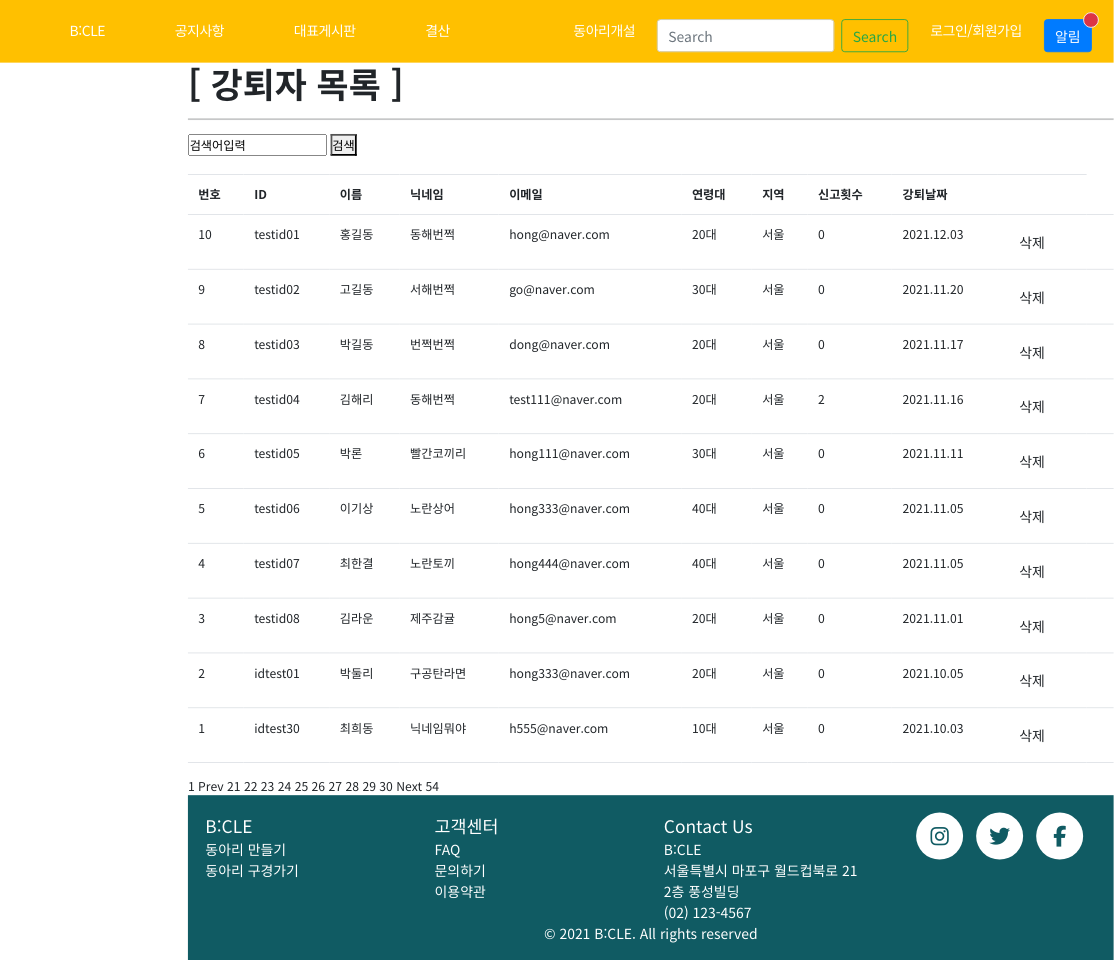
Repository: hyodii/FinalProject
Page: http://localhost/ViewPage/test.jsp
An editor plug-in stored every save of this project. The page is shown before and after the next save, followed by the edit.
The browser window is 1280 px wide. The pictures show the whole page, at 87% of full size.
Some web fonts or font styles are not loaded; a fallback is used. Some web libraries are served in a nearby version. The page is served by Tomcat 9.

Above is the page before, as saved 2021-12-08 08:51:14.
Console error (its wording comes from the project's code and is left out).

### ViewPage/WebContent/test.jsp
<%@ page contentType="text/html; charset=UTF-8"%>
<%@ taglib prefix="c" uri="http://java.sun.com/jsp/jstl/core"%>
<%
   request.setCharacterEncoding("UTF-8");
String cp = request.getContextPath();
%>
<!DOCTYPE html>
<html>
<head>
<meta charset="UTF-8">
<title>exit.jsp</title>
</head>
<body>

<!--
 exit.jsp
-  동아리 관리자 페이지- 회원관리  - 강퇴자 목록

 -->

   <div>
      <!-- 네브 영역 -->
      <div>
         <c:import url="nav.jsp"></c:import>
      </div>



      <!-- 콘텐츠 영역 -->
      <div id="content" style="margin-left: 30vh;">
         <h1>[ 강퇴자 목록 ]</h1>
         <hr>

         <div>
            <form action="">
               <input type="text" value="검색어입력" class="search" />
               <button type="button" >검색</button>
            </form>
         </div>
         <br>

          <table id="outMembers" class="table" >
           <tr>
              <!-- 항목 10EA -->
              <th>번호</th>
              <th>ID</th>
              <th>이름</th>
              <th>닉네임</th>
              <th>이메일</th>
              <th>연령대</th>
              <th>지역</th>
              <th>신고횟수</th>
              <th>강퇴날짜</th>
              <th></th>
           </tr>

           <tr>
              <td>10</td>
              <td>testid01</td>
              <td>홍길동</td>
              <td>동해번쩍</td>
              <td>hong@naver.com</td>
              <td>20대</td>
              <td>서울</td>
              <td>0</td>
              <td>2021.12.03</td>
              <td><button type="button" class="btn">삭제</button><td>
           </tr>
           <tr>
              <td>9</td>
              <td>testid02</td>
              <td>고길동</td>
              <td>서해번쩍</td>
              <td>go@naver.com</td>
              <td>30대</td>
              <td>서울</td>
              <td>0</td>
              <td>2021.11.20</td>
              <td><button type="button" class="btn">삭제</button><td>
           </tr>
           <tr>
              <td>8</td>
              <td>testid03</td>
              <td>박길동</td>
              <td>번쩍번쩍</td>
              <td>dong@naver.com</td>
              <td>20대</td>
              <td>서울</td>
              <td>0</td>
              <td>2021.11.17</td>
              <td><button type="button" class="btn">삭제</button><td>
           </tr>
           <tr>
              <td>7</td>
              <td>testid04</td>
              <td>김해리</td>
              <td>동해번쩍</td>
              <td>test111@naver.com</td>
              <td>20대</td>
              <td>서울</td>
              <td>2</td>
              <td>2021.11.16</td>
              <td><button type="button" class="btn">삭제</button><td>
           </tr>
           <tr>
              <td>6</td>
              <td>testid05</td>
              <td>박론</td>
              <td>빨간코끼리</td>
              <td>hong111@naver.com</td>
              <td>30대</td>
              <td>서울</td>
              <td>0</td>
              <td>2021.11.11</td>
              <td><button type="button" class="btn">삭제</button><td>
           </tr>
           <tr>
              <td>5</td>
              <td>testid06</td>
              <td>이기상</td>
              <td>노란상어</td>
              <td>hong333@naver.com</td>
              <td>40대</td>
              <td>서울</td>
              <td>0</td>
              <td>2021.11.05</td>
              <td><button type="button" class="btn">삭제</button><td>
           </tr>
           <tr>
              <td>4</td>
              <td>testid07</td>
              <td>최한결</td>
              <td>노란토끼</td>
              <td>hong444@naver.com</td>
              <td>40대</td>
              <td>서울</td>
              <td>0</td>
              <td>2021.11.05</td>
              <td><button type="button" class="btn">삭제</button><td>
           </tr>
           <tr>
              <td>3</td>
              <td>testid08</td>
              <td>김라운</td>
              <td>제주감귤</td>
              <td>hong5@naver.com</td>
              <td>20대</td>
              <td>서울</td>
              <td>0</td>
              <td>2021.11.01</td>
              <td><button type="button" class="btn">삭제</button><td>
           </tr>
           <tr>
              <td>2</td>
              <td>idtest01</td>
              <td>박둘리</td>
              <td>구공탄라면</td>
              <td>hong333@naver.com</td>
              <td>20대</td>
              <td>서울</td>
              <td>0</td>
              <td>2021.10.05</td>
              <td><button type="button" class="btn">삭제</button><td>
           </tr>
           <tr>
              <td>1</td>
              <td>idtest30</td>
              <td>최희동</td>
              <td>닉네임뭐야</td>
              <td>h555@naver.com</td>
              <td>10대</td>
              <td>서울</td>
              <td>0</td>
              <td>2021.10.03</td>
              <td><button type="button" class="btn">삭제</button><td>
           </tr>

           </table>

         <div >

            <p>1 Prev 21 22 23 24 25 26 27 28 29 30 Next 54</p>
         </div>

          <!-- 풋터영역 -->
         <div>
            <c:import url="footer.jsp"></c:import>
         </div>



      </div>




   </div>



</body>
</html>

### ViewPage/WebContent/nav.jsp
<%@ page contentType="text/html; charset=UTF-8"%>
<%@ taglib prefix="c" uri="http://java.sun.com/jsp/jstl/core"%>
<%
	request.setCharacterEncoding("UTF-8");
String cp = request.getContextPath();
%>
<!DOCTYPE html>
<html lang="ko">
<head>
<meta charset="UTF-8">
<meta name="viewport" content="width=device-width, initial-scale=1">
<title>B:CLE</title>
<!-- <link rel="stylesheet" href="css/main.css"> -->
<link rel="stylesheet" href="css/font-awesome.min.css">
<link
	href="https://cdn.jsdelivr.net/npm/bootstrap@5.1.3/dist/css/bootstrap.min.css"
	rel="stylesheet"
	integrity="sha384-1BmE4kWBq78iYhFldvKuhfTAU6auU8tT94WrHftjDbrCEXSU1oBoqyl2QvZ6jIW3"
	crossorigin="anonymous">

<style>
@import
	url('https://fonts.googleapis.com/css?family=Exo+2|Noto+Sans+KR&display=swap')
	;
/*reset*/
* {
	margin: 0;
	padding: 0;
}
body {
	margin: 0;
}
h1, h2, h3, h4, h5, h6, p, ul, ol, li, dl, dt, dd {
	margin: 0;
	padding: 0;
}
h1, h2, h3, h4, h5, h6 {
	font-weight: 700;
	font-size: inherit;
}
a {
	color: inherit;
	text-decoration: inherit;
}
img {
	vertical-align: middle;
}
a img {
	border: none;
}
li {
	list-style: none;
}
address, em, i, ul {
	font-style: normal;
}
.mo {
	display: none;
}
body {
	font-family: 'Noto Sans KR', sans-serif;
	font-size: 14px;
}
header {
	font-family: 'Noto Sans KR', sans-serif;
	letter-spacing: -0.5px;
	background: rgb(255, 192, 0);
	color: white;
	height: 10vh;
	width: 100%;
	position: relative;
	margin-top: -20px;
}
.mainHeader {
	width: 100%;
	margin-top: 20px;
	box-sizing: border-box;
	vertical-align: center;
}
.mainHeader .gnbMo {
	display: none;
}
.mainHeader .gnb {
	float: left;
	margin-left: 80px;
	margin-top: 3vh;
}
.mainHeader .gnb li {
	float: left;
	margin-right: 80px;
}
.mainHeader .gnb li a {
	display: block;
	width: 100%;
	height: 100%;
	text-align: center;
	color: #fff;
	font-size: 16px;
	text-decoration-line: none;
}
.mainHeader .gnb li a:hover, .mainHeader .gnb li a:focus {
	color: #ff8342;
}
.mainHeader .tnb {
	float: right;
	margin-top: 3vh;
}
.mainHeader .tnb li {
	float: left;
	margin-right: 25px;
}
.mainHeader .tnb li a {
	display: block;
	width: 100%;
	height: 100%;
	text-align: center;
	font-size: 16px;
	color: #fff;
	text-decoration-line: none;
}
.mainHeader .tnb li:nth-child(1) a i, .mainHeader .tnb li:nth-child(2) a i
	{
	font-size: 20px;
	margin-right: 8px;
}
.mainHeader .tnb li:last-child a {
	display: block;
	width: 105px;
	line-height: 2;
	border: 1px solid #fff;
	border-radius: 30px;
	margin-top: 35px;
}
.mainHeader .tnb li:last-child a i {
	margin-left: 5px;
}
.mainHeader .tnb li:last-child a:hover {
	background: #fff;
	color: #ff8342;
	transition: all 0.3s;
}
.btn-primary {
    color: #fff;
    background-color: #105b63;
    border-color: #105b63;
}
</style>


</head>
<body>
	<!--header-->
	<header>
		<div class="mainHeader">
			<nav class="gnb">
				<ul>
					<li><a href="#">B:CLE</a></li>
					<li><a href="#">공지사항</a></li>
					<li><a href="#">대표게시판</a></li>
					<li><a href="#">결산</a></li>
				</ul>
			</nav>
			<nav class="tnb">
				<ul>

					<li><a href="#">동아리개설</a></li>

					<li>
						<form class="d-flex">
							<input class="form-control me-2" type="search"
								placeholder="Search" aria-label="Search">
							<button class="btn btn-outline-success" type="submit">Search</button>
						</form>
					</li>




					<li><a href="#"></i>로그인/회원가입</a></li>
					<li><button type="button"
							class="btn btn-primary position-relative">
							알림 <span
								class="position-absolute top-0 start-100 translate-middle p-2 bg-danger border border-light rounded-circle">
								<span class="visually-hidden">New alerts</span>
							</span>
						</button></li>
				</ul>
			</nav>
			<nav class="gnbMo">
				<a href="#"><i class="fa fa-bars" aria-hidden="true"></i></a>
			</nav>
		</div>
	</header>
</body>
</html>

<!-- 검색부분에 쓸 부트스트랩 -->
<!--       <form class="d-flex">
        <input class="form-control me-2" type="search" placeholder="Search" aria-label="Search">
        <button class="btn btn-outline-success" type="submit">Search</button>
      </form> -->

### ViewPage/WebContent/footer.jsp
<%@ page contentType="text/html; charset=UTF-8"%>
<%@ taglib prefix="c" uri="http://java.sun.com/jsp/jstl/core"%>
<%
	request.setCharacterEncoding("UTF-8");
	String cp = request.getContextPath();
%>
<!DOCTYPE html>
<html>
<head>
<meta charset="utf-8">
<title>B:CLE Footer(예비용)</title>

<link
	href="https://cdn.jsdelivr.net/npm/bootstrap@4.4.1/dist/css/bootstrap.min.css"
	rel="stylesheet">
<script
	src="https://cdn.jsdelivr.net/npm/bootstrap@4.4.1/dist/js/bootstrap.bundle.min.js"></script>
<link rel="preconnect" href="https://fonts.googleapis.com">
<link rel="preconnect" href="https://fonts.gstatic.com">
<link
	href="https://fonts.googleapis.com/css2?family=Noto+Sans+KR:wght@400;700&display=swap"
	rel="stylesheet">
<script src="https://kit.fontawesome.com/dab690a483.js" crossorigin="anonymous"></script>
<style type="text/css">

/*reset*/
* {margin: 0;padding: 0;}
body {margin: 0;}
h1, h2, h3, h4, h5, h6, p, ul, ol, li, dl, dt, dd {margin: 0; padding: 0;}
h1, h2, h3, h4, h5, h6 {font-weight: 700; }
a {color: inherit; text-decoration: inherit;}
img {vertical-align: middle;}
a img {border: none;}
li {list-style: none;}
address, em, i, ul {font-style: normal;}

/*layout*/
.mo {display: none;}
.en {font-family: 'Exo 2', sans-serif;}
body {font-family: 'Noto Sans KR', sans-serif; font-size: 14px;}
.wrap {margin: 0 auto; }

#footer-wrapper
{
	background-color: #105B63;
	font-family: 'Noto Sans KR', sans-serif;
	font-size: 12pt;
	/* position:fixed; */
}
.title
{
	font-family: 'Noto Sans KR', sans-serif;
	font-size: 15pt;
	color: white;
}

.container
{
	padding: 20px;
}

ul
{
   list-style:none;
   padding-left:0px;
}
a.menuitem
{
	text-decoration: none;
	text-align: center;
	color: white;
}
a.menuitem
{
	text-decoration: none;
	text-align: center;
	color: white;
}
a.menuitem:hover
{
	color: #FFD34E;
}

p.menuitem
{
	color: white;
}
.second-box
{
  display: flex;
  justify-content: flex-end;
}

.icon
{
  /* width: 40%; */
  display: flex;
  justify-content: flex-end;
  color: #105B63;
}

.icon-box
{
  width: 54px;
  height: 54px;
  background-color: white;
  border-radius: 50%;
  margin-right: 15px;
  display: flex;
  justify-content: center;
  align-items: center;
}

.icon
{
  font-size: 24px;
}
.icon:hover {
  color: #FFD34E;
}

ul.menu
{
	color: white;
}

</style>

</head>
<body>

<!-- Footer -->
<div id="footer-wrapper">
	<footer id="footer" class="container">
		<div class="row">
			<div class="col-3 col-6-medium col-12-small">

				<!-- Links -->
					<section class="widget links">
						<div class="title">B:CLE</div>
						<ul class="style2">
							<li><a href="#" class="menuitem">동아리 만들기</a></li>
							<li><a href="mainhome.action" class="menuitem">동아리 구경가기</a></li>
							<!-- <li><a href="#">Felis varius pellentesque potenti</a></li>
							<li><a href="#">Nullam scelerisque blandit leo</a></li> -->
						</ul>
					</section>

			</div>
			<div class="col-3 col-6-medium col-12-small">

				<!-- Links -->
					<section class="widget links">
						<div class="title">고객센터</div>
						<ul class="style2">
							<li><a href="#" class="menuitem">FAQ</a></li>
							<li><a href="#" class="menuitem">문의하기</a></li>
							<li><a href="#" class="menuitem">이용약관</a></li>
							<!-- <li><a href="#">Felis varius pellentesque potenti</a></li>
							<li><a href="#">Nullam scelerisque blandit leo</a></li> -->
						</ul>
					</section>

			</div>

			<div class="col-3 col-6-medium col-12-small">

				<!-- Contact -->
					<section class="widget contact last">
						<div class="title">Contact Us</div>

						<p class="menuitem">B:CLE<br />
						서울특별시 마포구 월드컵북로 21 2층 풍성빌딩<br />
						(02) 123-4567</p>
					</section>

			</div>

			<div class="col-3 col-6-medium col-12-small">

				<!-- 아이콘 -->
				<!-- <section class="widget contact last icon"> -->
					<div class="second-box">
			              <div class="icon-box">
			                  <i class="fab fa-instagram icon"></i>
			              </div>
			              <div class="icon-box">
			                  <i class="fab fa-twitter icon"></i>
			              </div>
			              <div class="icon-box">
			                  <i class="fab fa-facebook-f icon"></i>
			              </div>
					</div>
				<!-- </section> -->

			</div>

		</div>

		<div class="row">
			<div class="col-12">
				<div id="copyright">
					<ul class="menu" style="text-align: center;">
						<li>&copy; 2021 B:CLE. All rights reserved</li>
					</ul>
				</div>
			</div>
		</div>
	</footer>
</div>

</body>
</html>

### ViewPage/WebContent/beeAdminPageSideTab.jsp
<%@ page language="java" contentType="text/html; charset=UTF-8"
	pageEncoding="UTF-8"%>
<!DOCTYPE html>
<html>
<head>
<meta charset="UTF-8">
<title>beeAdminPageSideTab.jsp</title>
<style type="text/css">

/*reset*/
* {margin: 0;padding: 0;}
body {margin: 0;}
h1, h2, h3, h4, h5, h6, p, ul, ol, li, dl, dt, dd {margin: 0; padding: 0;}
h1, h2, h3, h4, h5, h6 {font-weight: 700; }
a {color: inherit; text-decoration: inherit;}
img {vertical-align: middle;}
a img {border: none;}
li {list-style: none;}
address, em, i, ul {font-style: normal;}

/*layout*/
.mo {display: none;}
.en {font-family: 'Exo 2', sans-serif;}
body {font-family: 'Noto Sans KR', sans-serif; font-size: 14px;}
.wrap {margin: 0 auto; }
.sidebardiv
{
	list-style-type: none;
	padding: 0px;
	margin: 0px;
	width: 30vh;
	background: #FFFAD5;
	height: 100%;
	overflow: auto;
	position: fixed;
	text-align: center;
}
ul.subSidebar
{
	font-size: small;
}
ul.sidebar, ul.subSidebar
{
	list-style: none;
	padding: 0px;
}
.sidebar li a
{
	text-decoration: none;
	padding: 10px;
	display: block;
	color: #000;
	font-weight: bold;
}

.sidebar li a:hover
{
	background: #ffd34e;
	color: #fff;
}

/* 나중에 여기에 내용 적을 때 적용 css */
.cd1
{
	margin-left: 30vh;
}
</style>

</head>
<body>

<div class="sidebardiv">
	<ul class="sidebar">
		<li><h1>오늘도 달려요 관리자 페이지</h1></li>
		<li><a href="#">회원관리</a>
			<ul class="subSidebar">
				<li><a href="#">동아리원 목록</a></li>
				<li><a href="#">가입대기 목록</a></li>
				<li><a href="#">강퇴자 목록</a></li>
				<li><a href="#">회의</a></li>
			</ul>
		</li>
		<li><a href="#">동아리관리</a>
			<ul class="subSidebar">
				<li><a href="#">동아리 수정</a></li>
				<li><a href="#">동아리 폐쇄</a></li>
			</ul>
		</li>
		<li><a href="#">문의관리</a>
		</li>
	</ul>
</div>



<div class="cd1">
	<h1>큰 제목</h1>
	<h2>작은 제목</h2>
	<p>여기에 나중에 목록 불러오면 됨</p>


</div>

</body>
</html>

After the next save:
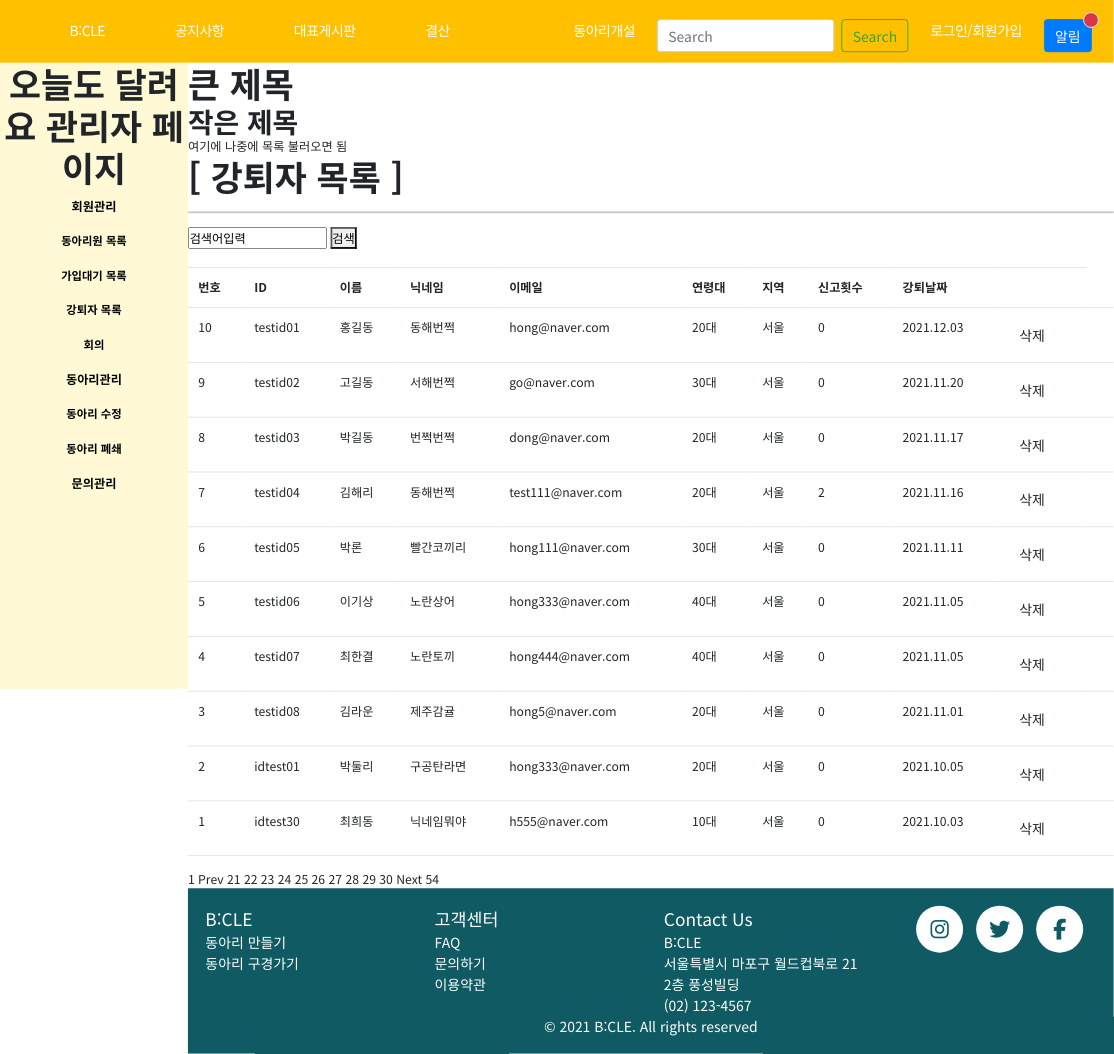
Saved 6 s later.
--- a/ViewPage/WebContent/test.jsp
+++ b/ViewPage/WebContent/test.jsp
@@ -24,6 +24,10 @@
          <c:import url="nav.jsp"></c:import>
       </div>
 
+      <!-- 메뉴 영역 -->
+      <div>
+         <c:import url="beeAdminPageSideTab.jsp"></c:import>
+      </div>
 
 
       <!-- 콘텐츠 영역 -->
@@ -188,7 +192,6 @@
          </div>
 
 
-
       </div>
 
 

After the save that followed:
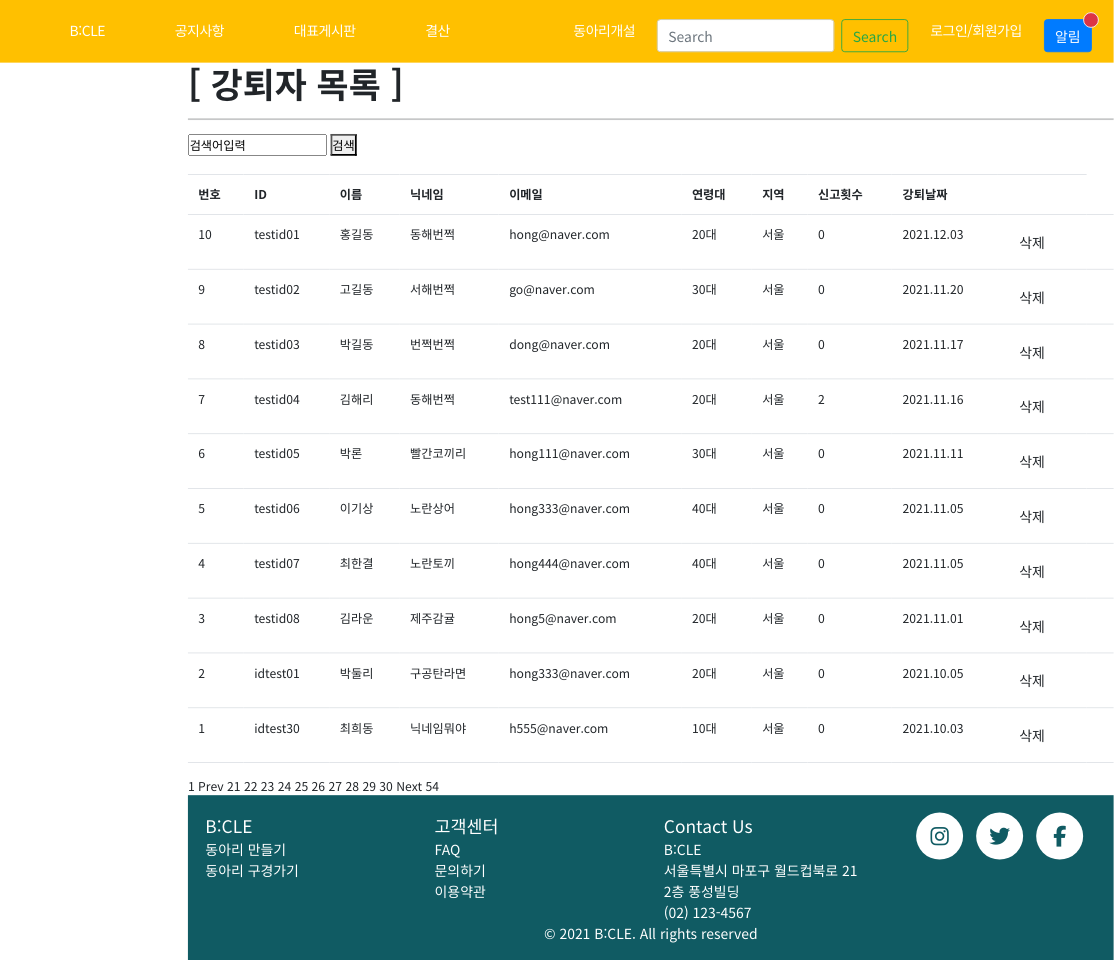
Saved 30 s later.
--- a/ViewPage/WebContent/test.jsp
+++ b/ViewPage/WebContent/test.jsp
@@ -24,10 +24,7 @@
          <c:import url="nav.jsp"></c:import>
       </div>
 
-      <!-- 메뉴 영역 -->
-      <div>
-         <c:import url="beeAdminPageSideTab.jsp"></c:import>
-      </div>
+
 
 
       <!-- 콘텐츠 영역 -->
